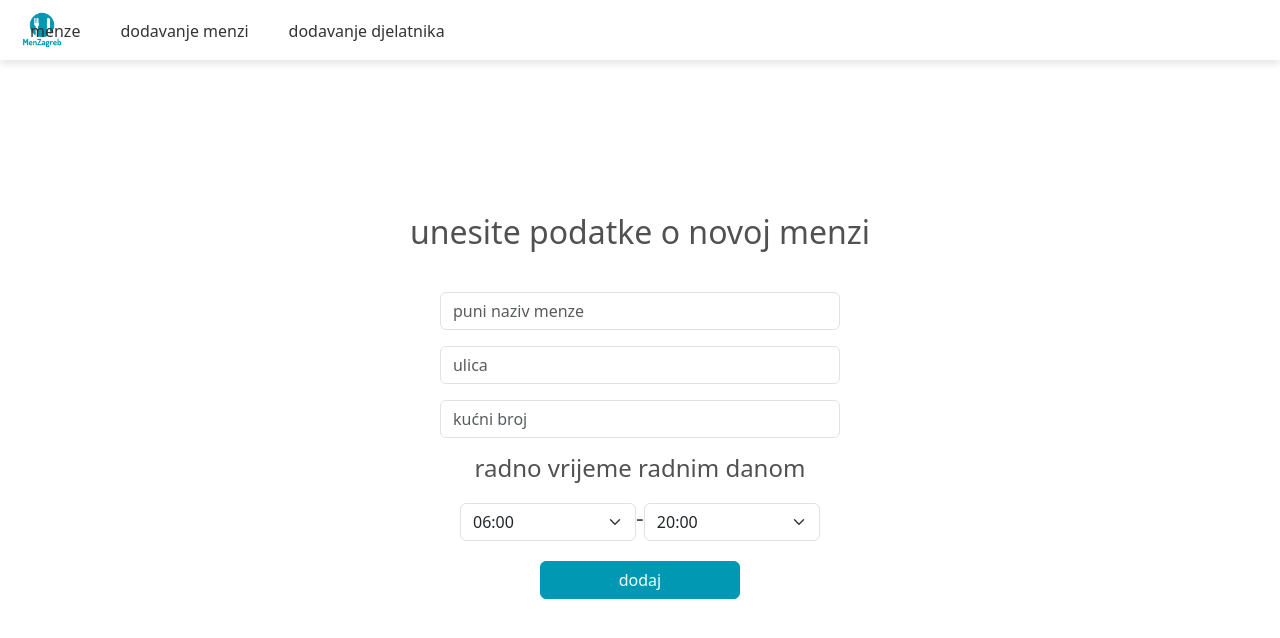
Repository: MENZG/menZg
Page: /admin/dodajMenzu (app in IzvorniKod/)
An editor plug-in stored every save of this project. The page is shown before and after the next save, followed by the edit.
The browser window is 1280 px wide. The pictures show the whole page.
The project was rebuilt for these pictures with package versions that can differ from the ones it lists, and the page was loaded fresh each time. Also part of the build but not shown: IzvorniKod/vite.config.ts, IzvorniKod/src/Components/LoginForm.tsx, IzvorniKod/src/Components/AdminLogin.tsx, IzvorniKod/src/Components/EmployeeLogin.tsx, IzvorniKod/src/Components/NavBar.tsx, IzvorniKod/src/Components/ListaMenza.tsx, IzvorniKod/src/Components/Profil.tsx, IzvorniKod/src/Components/AddEmployee.tsx and 5 more.

Above is the page before, as saved 2024-11-07 13:45:23.

After the next save:
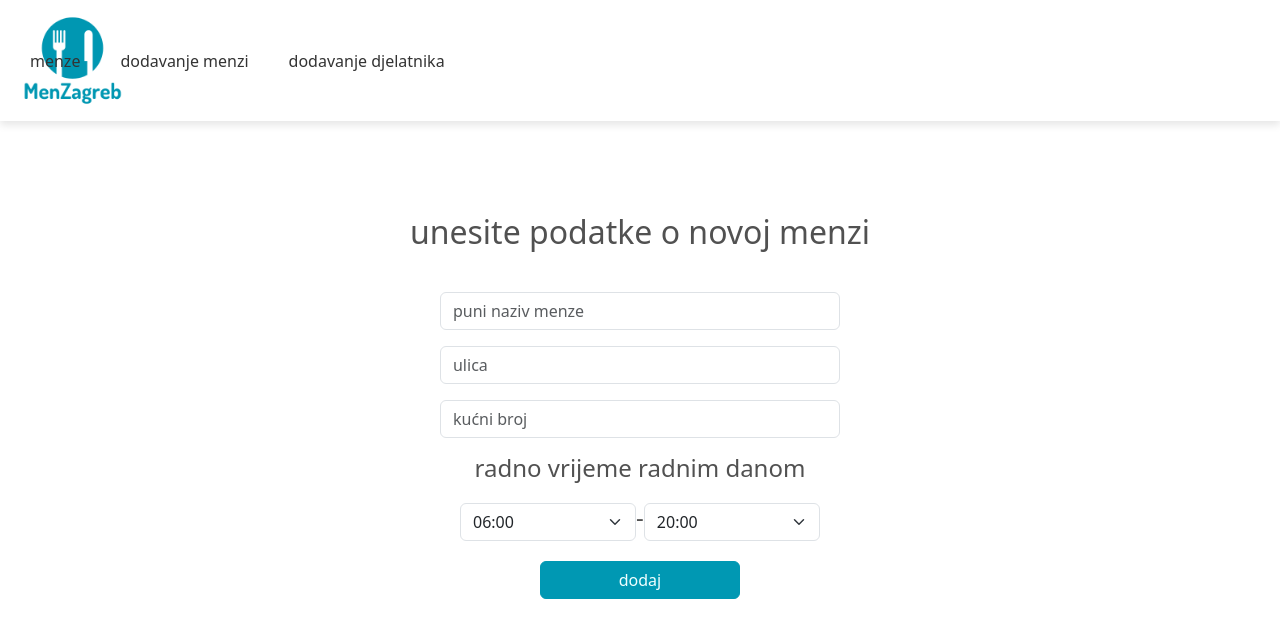
Saved 14 s later.
--- a/IzvorniKod/src/styles/NavBar.css
+++ b/IzvorniKod/src/styles/NavBar.css
@@ -52,7 +52,6 @@
   }
 
   .logo-img {
-    height: 40px; /* Prilagodi visinu po želji */
     margin-right: auto; /* Osigurava da logo ostane skroz lijevo */
   }
 
